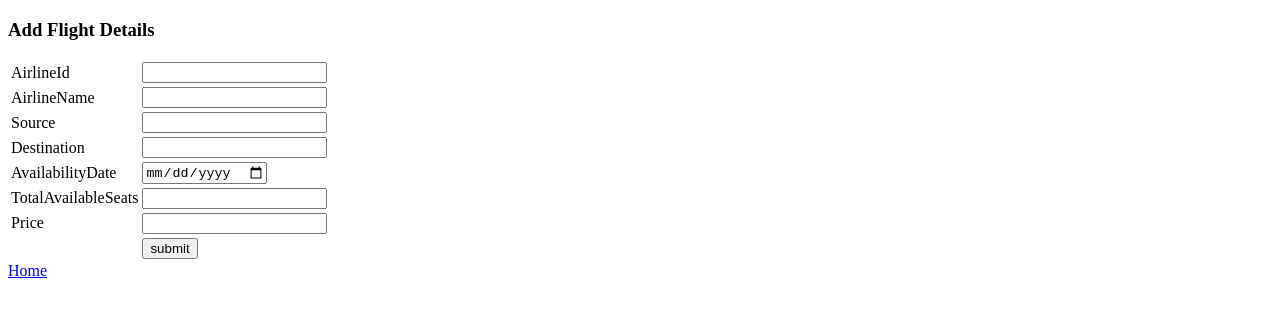
Repository: Pranathi99/FlyAway
Page: http://localhost/FlyAway/addFlight.jsp
The author's editor kept a copy of each file at every save. The page is drawn from the files as they stood at one save, then again after the next save.
The browser window is 1280 px wide. The pictures show the whole page.
The page is served by Tomcat 9.

Above is the page before, as saved 2023-03-26 13:20:34.

After the next save:
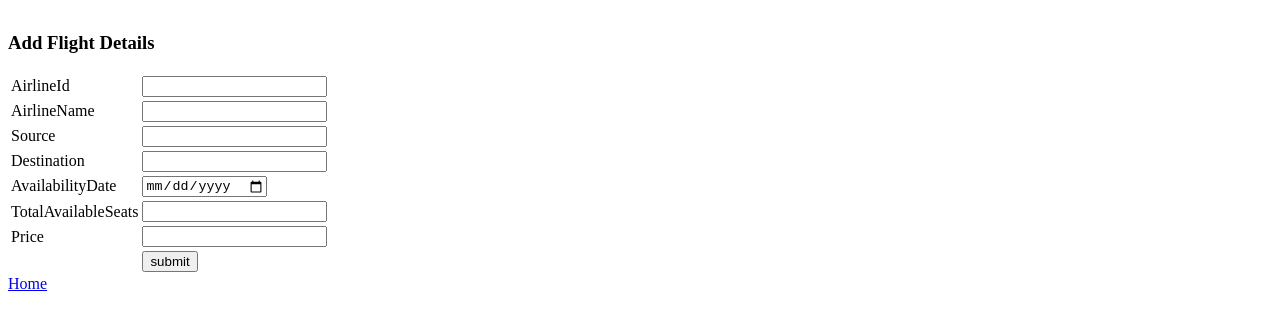
Saved 47 s later.
--- a/FlyAway/src/main/webapp/addFlight.jsp
+++ b/FlyAway/src/main/webapp/addFlight.jsp
@@ -8,7 +8,7 @@
 </head>
 <body>
 <c:if test="${not empty errorMessage}">
-  <p class="error-message">${errorMessage}</p>
+  <p class="error-message" style="color:red;font-size:2rem">${errorMessage}</p>
 </c:if>
 <h3>Add Flight Details</h3>
 <form action="AddFlight" method="post">
